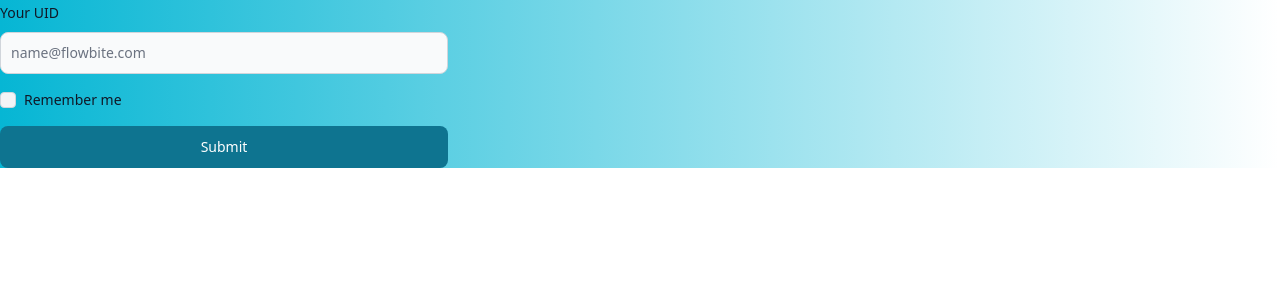
Repository: PrzemyslawJura/Frontend
Page: /
The author's editor kept a copy of each file at every save. The page is drawn from the files as they stood at one save, then again after the next save.
The browser window is 1280 px wide. The pictures show the whole page.
The project was rebuilt for these pictures with package versions that can differ from the ones it lists, and the page was loaded fresh each time. Also part of the build but not shown: vite.config.ts.

Above is the page before, as saved 2024-07-24 11:31:30.

### index.html
<!doctype html>
<html lang="en">
  <head>
    <meta charset="UTF-8" />
    <link rel="icon" type="image/svg+xml" href="/vite.svg" />
    <meta name="viewport" content="width=device-width, initial-scale=1.0" />
    <title>Warehouse</title>
  </head>
  <body>
    <div id="root"></div>
    <script type="module" src="/src/main.tsx"></script>
  </body>
</html>

### src/main.tsx
import React from 'react'
import ReactDOM from 'react-dom/client'
import './output.css'
import Login from './pages/Login/Login'

ReactDOM.createRoot(document.getElementById('root')!).render(
  <React.StrictMode>
    <Login />
  </React.StrictMode>,
)

### src/pages/Login/Login.tsx
import { LoginForm } from '../../components/form/LoginForm'

function Login() {

  return (
    <>
        <div className="h-14 bg-gradient-to-r from-cyan-500 to-blue-500">
            <div className="m-auto">
                <LoginForm/>
            </div>
        </div>
    </>
  )
}

export default Login

### src/components/form/LoginForm.tsx
"use client";

import { Button, Checkbox, Label, TextInput } from "flowbite-react";

export function LoginForm() {
  return (
    <form className="flex max-w-md flex-col gap-4">
      <div>
        <div className="mb-2 block">
          <Label htmlFor="email1" value="Your UID" />
        </div>
        <TextInput id="email1" type="email" placeholder="name@flowbite.com" required />
      </div>
      <div className="flex items-center gap-2">
        <Checkbox id="remember" />
        <Label htmlFor="remember">Remember me</Label>
      </div>
      <Button type="submit">Submit</Button>
    </form>
  );
}

Loaded but not shown: src/output.css (6043 lines, source omitted)

After the next save:
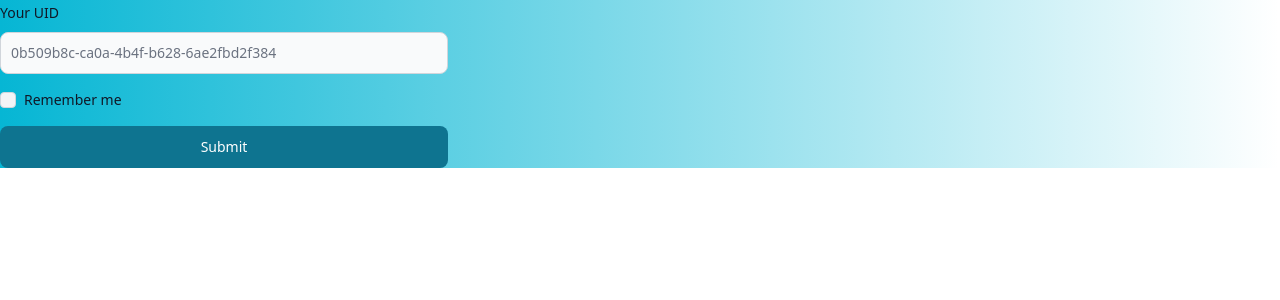
Saved 47 s later.
--- a/src/components/form/LoginForm.tsx
+++ b/src/components/form/LoginForm.tsx
@@ -9,7 +9,7 @@ export function LoginForm() {
         <div className="mb-2 block">
           <Label htmlFor="email1" value="Your UID" />
         </div>
-        <TextInput id="email1" type="email" placeholder="name@flowbite.com" required />
+        <TextInput id="email1" type="text" placeholder="0b509b8c-ca0a-4b4f-b628-6ae2fbd2f384" required />
       </div>
       <div className="flex items-center gap-2">
         <Checkbox id="remember" />
